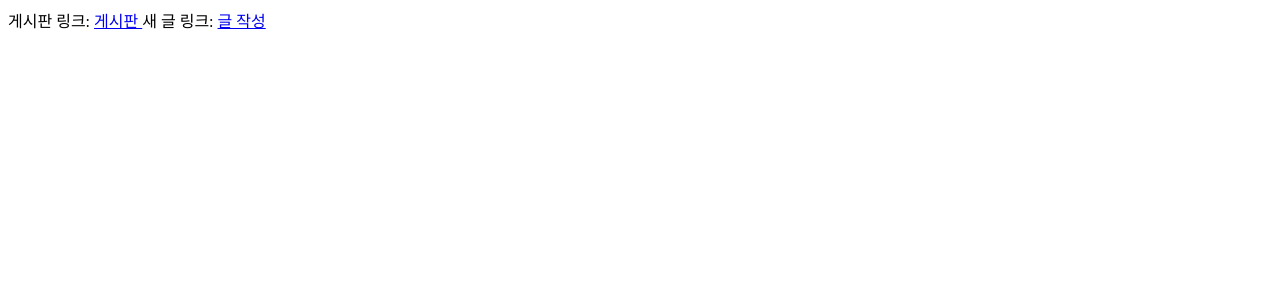
Repository: JunhaPark96/springBoard_maven
Page: http://localhost/springboard/
An editor plug-in stored every save of this project. The page is shown before and after the next save, followed by the edit.
The browser window is 1280 px wide. The pictures show the whole page.
The page is served by Tomcat 9. Other server files are loaded and not shown.

Above is the page before, as saved 2023-08-24 02:04:46.

### springboard/src/main/webapp/index.jsp
<%@ page language="java" contentType="text/html; charset=UTF-8"
    pageEncoding="UTF-8"%>
<!DOCTYPE html>
<html>
<head>
<meta charset="UTF-8">
<title>Insert title here</title>
</head>
<body>
	게시판 링크: <a href="${pageContext.request.contextPath}/board"> 게시판 </a>
	새 글 링크: <a href="${pageContext.request.contextPath}/board/new"> 글 작성 </a>
</body>
</html>

After the next save:
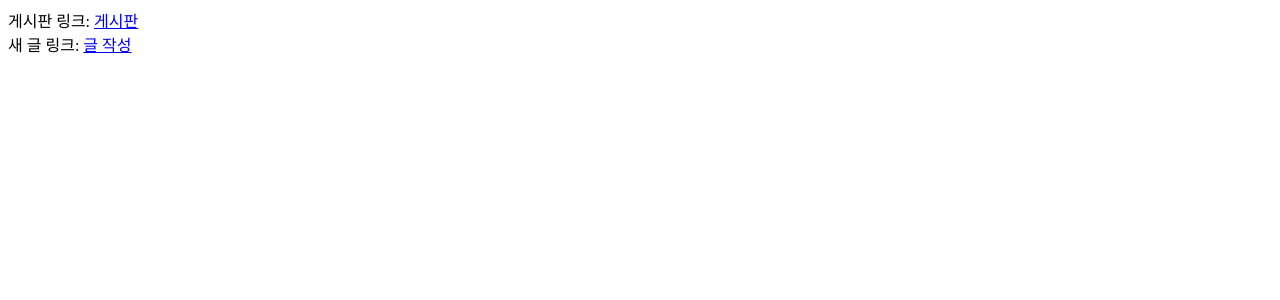
Saved 14 s later.
--- a/springboard/src/main/webapp/index.jsp
+++ b/springboard/src/main/webapp/index.jsp
@@ -7,7 +7,7 @@
 <title>Insert title here</title>
 </head>
 <body>
-	게시판 링크: <a href="${pageContext.request.contextPath}/board"> 게시판 </a>
-	새 글 링크: <a href="${pageContext.request.contextPath}/board/new"> 글 작성 </a>
+	게시판 링크: <a href="${pageContext.request.contextPath}/board"> 게시판 </a><br>
+	새 글 링크: <a href="${pageContext.request.contextPath}/board/new"> 글 작성 </a><br>
 </body>
 </html>
